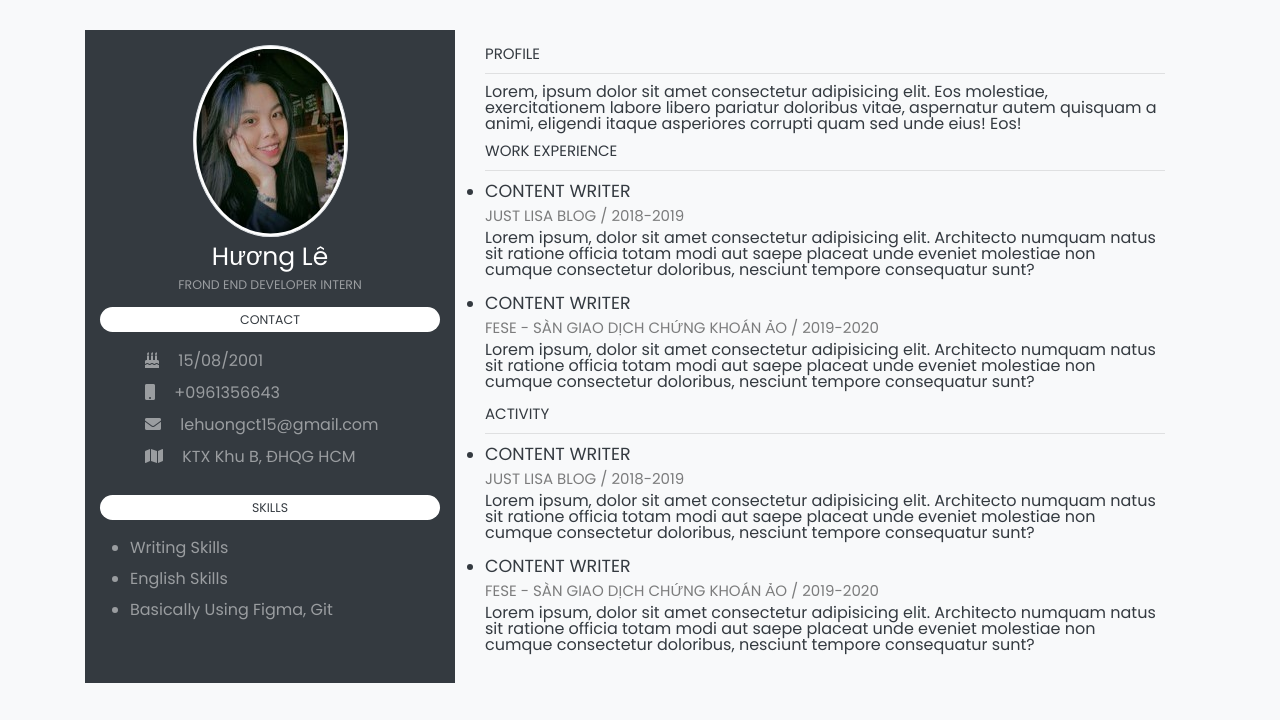
Repository: huongle158/cvhuongle
Page: index.html
These files come from the project's save history. The page is drawn as it stood at one moment and after the next save; the edit follows.
The browser window is 1280 px wide. The pictures show the whole page.
Some web libraries are served in a nearby version.

Above is the page before, as saved 2021-12-12 23:49:03.

### index.html
<!DOCTYPE html>
<html lang="en">
  <head>
    <title>Resume</title>
    <link
      href="https://fonts.googleapis.com/css2?family=Poppins:wght@400;600&display=swap"
      rel="stylesheet"
    />
    <link rel="stylesheet" href="https://cdnjs.cloudflare.com/ajax/libs/font-awesome/5.10.0/css/all.min.css" integrity="sha512-PgQMlq+nqFLV4ylk1gwUOgm6CtIIXkKwaIHp/PAIWHzig/lKZSEGKEysh0TCVbHJXCLN7WetD8TFecIky75ZfQ==" crossorigin="anonymous" referrerpolicy="no-referrer" />
    <!-- Required meta tags -->
    <meta charset="utf-8" />
    <meta
      name="viewport"
      content="width=device-width, initial-scale=1, shrink-to-fit=no"
    />

    <!-- Bootstrap CSS -->
    <link
      rel="stylesheet"
      href="https://stackpath.bootstrapcdn.com/bootstrap/4.3.1/css/bootstrap.min.css"
      integrity="sha384-ggOyR0iXCbMQv3Xipma34MD+dH/1fQ784/j6cY/iJTQUOhcWr7x9JvoRxT2MZw1T"
      crossorigin="anonymous"
    />
    <link rel="stylesheet" href="./assets/css/style.css" />
  </head>
  <body class="bg-light">
    <div class="container p-5">
      <div class="row">

        <div class="col-lg-4 bg-dark text-white text-center py-4">
          <div class="header-left">
            <img
              src="./assets/img/188108614_380364193279457_3096500343222530064_n (1).jpg"
              alt=""
              class="img-thumbnail rounded-circle mb-2"
            />
            <h1 class="display-5">Hương Lê</h1>
            <h4 class="lead text-uppercase text-white-50 mb-4">
              Frond End Developer Intern
            </h4>
          </div>

          <div>
              <h5 class="text-uppercase bg-white text-dark py-2 rounded-pill mb-4" >contact</h5>
              <ul class="list-unstyled text-white-50 ml-5 py-2 text-left">
                  <li class="list-item mb-4">
                      <i class="fas fa-birthday-cake mx-4"></i>
                     15/08/2001
                  </li>
                  <li class="list-item mb-4">
                      <i class="fa fa-mobile mx-4"></i>
                      +0961356643
                  </li>
                  <li class="list-item mb-4">
                      <i class="fa fa-envelope mx-4"></i>
                      lehuongct15@gmail.com
                  </li>
                  <li class="list-item mb-4">
                      <i class="fa fa-map mx-4"></i>
                      KTX Khu B, ĐHQG HCM
                  </li>
              </ul>
          </div>
          <div>
              <h5 class="text-uppercase bg-white text-dark py-2 rounded-pill mb-4" >skills</h5>
              <ul class="list text-white-50 ml-5 py-2 text-left text-capitalize">
                <li class="list-item mb-4">Writing skills</li>
                <li class="list-item mb-4">English skills</li>
                <li class="list-item mb-4">Basically using Figma, Git</li>
              </ul>
          </div>


        </div>

        <div class="col-lg-8 bg-light text-dark py-4 px-5">
            <div class="header-right">
                <h4 class="text-uppercase">profile</h4>
                <hr>
                <p>Lorem, ipsum dolor sit amet consectetur adipisicing elit. Eos molestiae, exercitationem labore libero pariatur doloribus vitae, aspernatur autem quisquam a animi, eligendi itaque asperiores corrupti quam sed unde eius! Eos!</p>

            </div>
            <div>
                <h4 class="text-uppercase">Work Experience</h4>
                <hr>
                <ul class="list">
                <li class="list-item mb-4">
                    <h3 class="display-6 text-uppercase">Content Writer</h3>
                    <h4 class="text-uppercase text-black-50">Just Lisa blog  / 2018-2019</h4>
                    <p>Lorem ipsum, dolor sit amet consectetur adipisicing elit. Architecto numquam natus sit ratione officia totam modi aut saepe placeat unde eveniet molestiae non cumque consectetur doloribus, nesciunt tempore consequatur sunt?</p>
                </li>
                 <li class="list-item mb-4">
                    <h3 class="display-6 text-uppercase">Content Writer</h3>
                    <h4 class="text-uppercase text-black-50">FESE - Sàn Giao dịch Chứng khoán ảo  / 2019-2020</h4>
                    <p>Lorem ipsum, dolor sit amet consectetur adipisicing elit. Architecto numquam natus sit ratione officia totam modi aut saepe placeat unde eveniet molestiae non cumque consectetur doloribus, nesciunt tempore consequatur sunt?</p>
                </li>

              </ul>

            </div>
             <div>
                <h4 class="text-uppercase">Activity</h4>
                <hr>
                <ul class="list">
                <li class="list-item mb-4">
                    <h3 class="display-6 text-uppercase">Content Writer</h3>
                    <h4 class="text-uppercase text-black-50">Just Lisa blog  / 2018-2019</h4>
                    <p>Lorem ipsum, dolor sit amet consectetur adipisicing elit. Architecto numquam natus sit ratione officia totam modi aut saepe placeat unde eveniet molestiae non cumque consectetur doloribus, nesciunt tempore consequatur sunt?</p>
                </li>
                 <li class="list-item mb-4">
                    <h3 class="display-6 text-uppercase">Content Writer</h3>
                    <h4 class="text-uppercase text-black-50">FESE - Sàn Giao dịch Chứng khoán ảo  / 2019-2020</h4>
                    <p>Lorem ipsum, dolor sit amet consectetur adipisicing elit. Architecto numquam natus sit ratione officia totam modi aut saepe placeat unde eveniet molestiae non cumque consectetur doloribus, nesciunt tempore consequatur sunt?</p>
                </li>

              </ul>

            </div>
        </div>
      </div>
    </div>

    <!-- Optional JavaScript -->
    <!-- jQuery first, then Popper.js, then Bootstrap JS -->
    <script
      src="https://code.jquery.com/jquery-3.3.1.slim.min.js"
      integrity="sha384-q8i/X+965DzO0rT7abK41JStQIAqVgRVzpbzo5smXKp4YfRvH+8abtTE1Pi6jizo"
      crossorigin="anonymous"
    ></script>
    <script
      src="https://cdnjs.cloudflare.com/ajax/libs/popper.js/1.14.7/umd/popper.min.js"
      integrity="sha384-UO2eT0CpHqdSJQ6hJty5KVphtPhzWj9WO1clHTMGa3JDZwrnQq4sF86dIHNDz0W1"
      crossorigin="anonymous"
    ></script>
    <script
      src="https://stackpath.bootstrapcdn.com/bootstrap/4.3.1/js/bootstrap.min.js"
      integrity="sha384-JjSmVgyd0p3pXB1rRibZUAYoIIy6OrQ6VrjIEaFf/nJGzIxFDsf4x0xIM+B07jRM"
      crossorigin="anonymous"
    ></script>
  </body>
</html>

### assets/css/style.css
html {
  box-sizing: border-box;
  font-family: 'Roboto', sans-serif;
}
* {
  margin: 0;
  padding: 0;
}
*,
*:before,
*:after {
  box-sizing: border-box;
}
input,
textarea,
select,
button {
  outline: none;
}
input {
  line-height: normal;
}
label,
button {
  cursor: pointer;
}
a {
  text-decoration: none;
}
img {
  display: block;
  max-width: 100%;
}
*,
*:before,
*:after {
  box-sizing: border-box;
}
/* using rem unit */
html {
  font-size: 62.5%;
}
a {
  text-decoration: none;
}
img {
  display: block;
  max-width: 100%;
}
body {
  font-family: "Poppins", sans-serif;
  font-size: 16px;
  line-height: 1;
}
/*  */
img.rounded-circle{
margin: 0 auto;
}

After the next save:
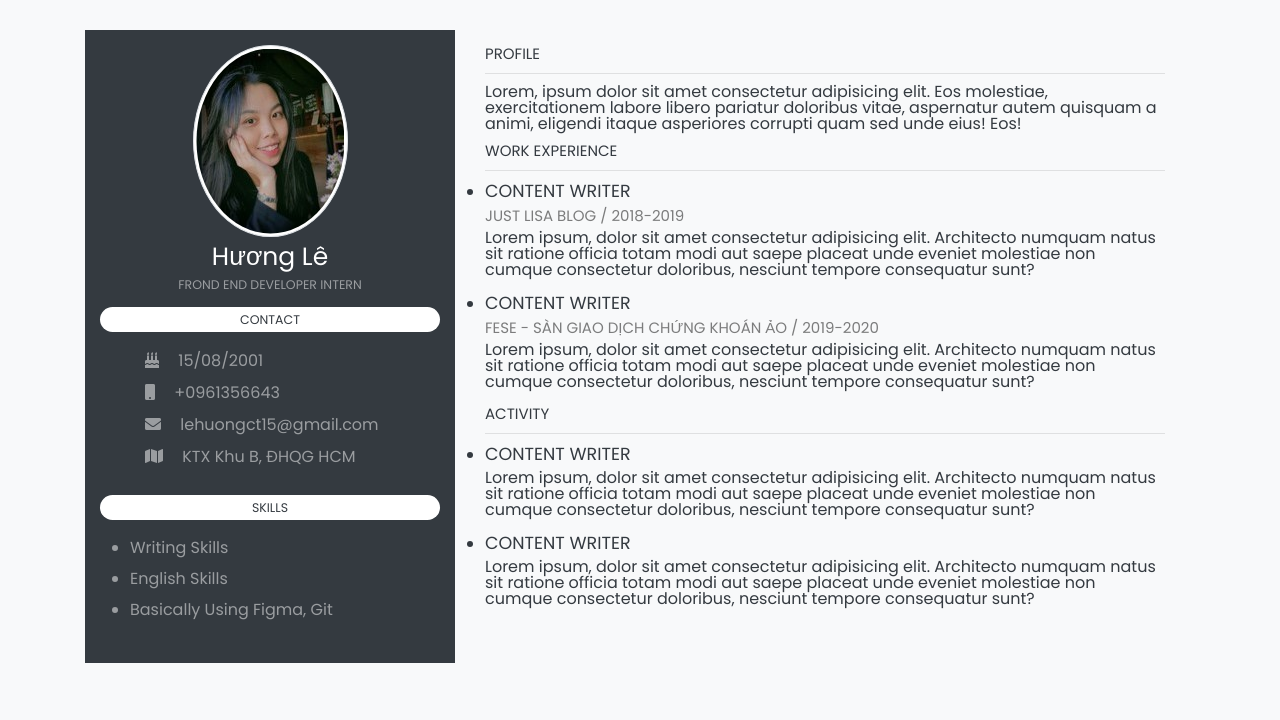
Saved 44 s later.
--- a/index.html
+++ b/index.html
@@ -104,12 +104,10 @@
                 <ul class="list">
                 <li class="list-item mb-4">
                     <h3 class="display-6 text-uppercase">Content Writer</h3>
-                    <h4 class="text-uppercase text-black-50">Just Lisa blog  / 2018-2019</h4>
                     <p>Lorem ipsum, dolor sit amet consectetur adipisicing elit. Architecto numquam natus sit ratione officia totam modi aut saepe placeat unde eveniet molestiae non cumque consectetur doloribus, nesciunt tempore consequatur sunt?</p>
                 </li>
                  <li class="list-item mb-4">
                     <h3 class="display-6 text-uppercase">Content Writer</h3>
-                    <h4 class="text-uppercase text-black-50">FESE - Sàn Giao dịch Chứng khoán ảo  / 2019-2020</h4>
                     <p>Lorem ipsum, dolor sit amet consectetur adipisicing elit. Architecto numquam natus sit ratione officia totam modi aut saepe placeat unde eveniet molestiae non cumque consectetur doloribus, nesciunt tempore consequatur sunt?</p>
                 </li>
 
